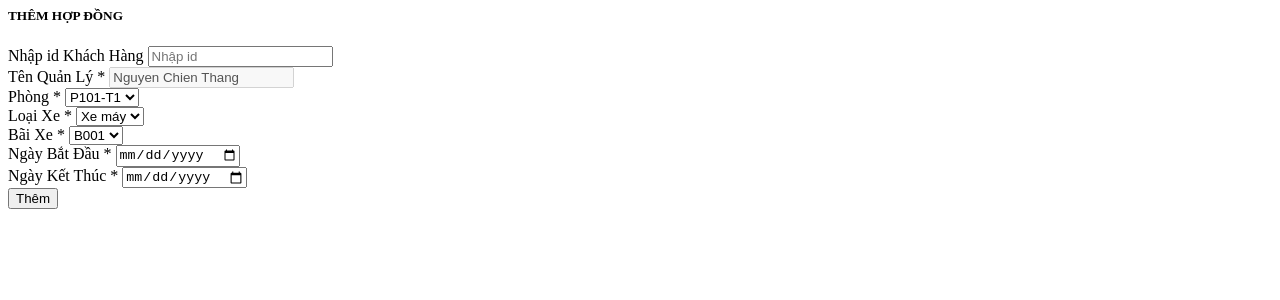
Repository: NguyenChienThangB1910143/QL_ChungCy
Page: http://localhost/hopdong/them
These files come from the project's save history. The page is drawn as it stood at one moment and after the next save; the edit follows.
The browser window is 1280 px wide. The pictures show the whole page.
The page is served by the project's Laravel application, run on PHP 8.4 with Laravel 10. The first stored user is signed in. The database holds what the project's SQL file puts in it. Queries for data that is not in the repository find no rows.

Above is the page before, as saved 2023-08-28 13:06:32.

After the next save:
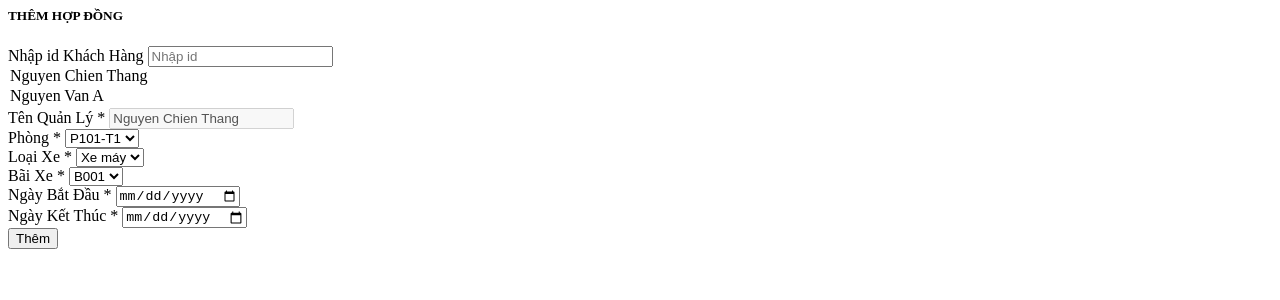
Saved 40 s later.
--- a/resources/views/hopdong/them.blade.php
+++ b/resources/views/hopdong/them.blade.php
@@ -8,12 +8,10 @@
         </div>
         <div class="mb-3 option-user">
                 <label class="form-label">Nhập id Khách Hàng</label>
-                <input type="text" class="form-control" id="search" placeholder="Nhập id" list="userList" name="user">
-                    <datalist id="userList">
+                <input type="text" class="form-control" placeholder="Nhập id" name="user">
                         @foreach($user as $user)
                         <option value="{{$user->id}}">{{ $user->name }}</option>
                         @endforeach
-                    </datalist>
                 </input>
         </div>
         <div class="mb-3 option-ql">
